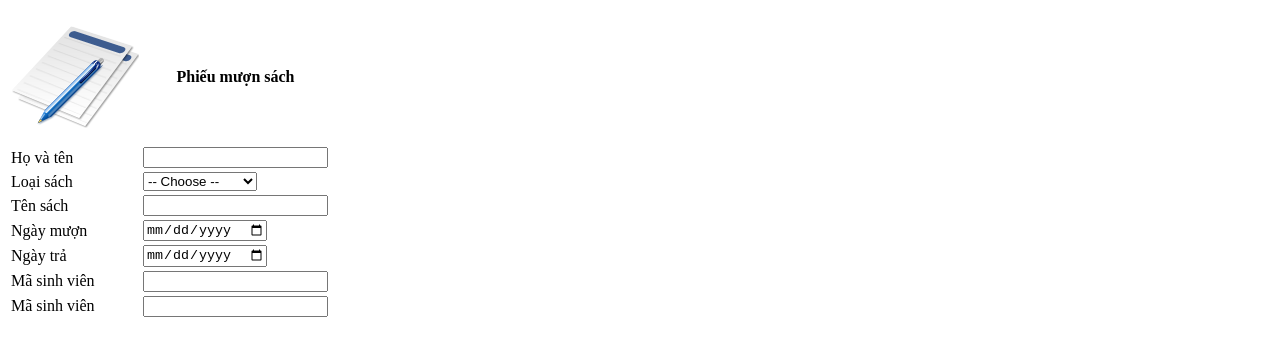
Repository: AnhDuc0125/HTML-Aptech
Page: bt2092-b2/index.html
The author's editor kept a copy of each file at every save. The page is drawn from the files as they stood at one save, then again after the next save.
The browser window is 1280 px wide. The pictures show the whole page.

Above is the page before, as saved 2021-12-03 20:34:15.

### bt2092-b2/index.html
<!DOCTYPE html>
<html lang="en">
<head>
    <meta charset="UTF-8">
    <meta http-equiv="X-UA-Compatible" content="IE=edge">
    <meta name="viewport" content="width=device-width, initial-scale=1.0">
    <title>Document</title>
</head>
<body>
        <table>
            <thead>
                <tr>
                    <th><img src="./photos/regis.png" alt=""></th>
                    <th>Phiếu mượn sách</th>
                </tr>
            </thead>
            <tbody>
                <tr>
                    <td><label for="hoten">Họ và tên</label></td>
                    <td><input type="text"></td>
                </tr>
                <tr>
                    <td><label for="sach">Loại sách</label></td>
                    <td><select name="sach" id="book_id">
                        <option value="">-- Choose --</option>
                        <option value="1">Trinh thám</option>
                        <option value="2">Công nghệ</option>
                        <option value="3">Sách giáo khoa</option>
                    </select></td>
                </tr>
                <tr>
                    <td><label for="tensach">Tên sách</label></td>
                    <td><input type="text"></td>
                </tr>
                <tr>
                    <td><label for="date">Ngày mượn</label></td>
                    <td><input type="date"></td>
                </tr>
                <tr>
                    <td><label for="date1">Ngày trả</label></td>
                    <td><input type="date"></td>
                </tr>
                <tr>
                    <td><label for="msv">Mã sinh viên</label></td>
                    <td><input type="number"></td>
                </tr>
                <tr>
                    <td><label for="msv">Mã sinh viên</label></td>
                    <td><input type="number"></td>
                </tr>
            </tbody>
        </table>
</body>
</html>

After the next save:
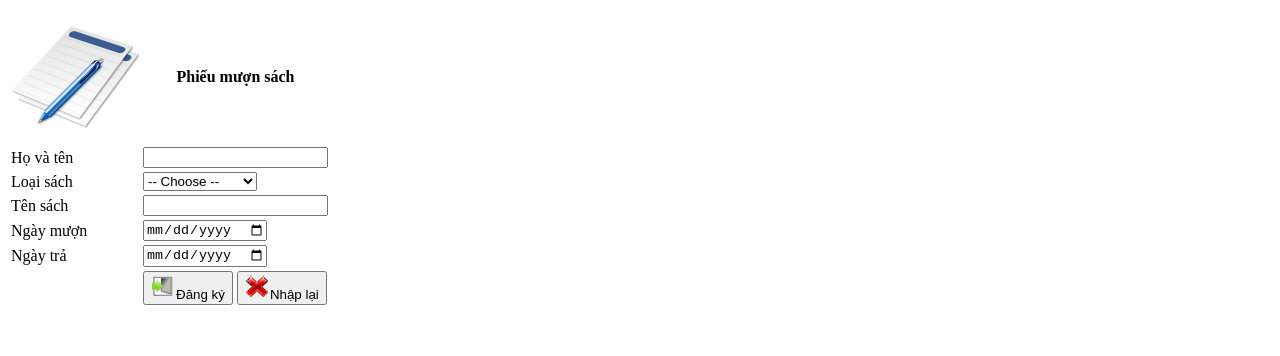
Saved 82 s later.
--- a/bt2092-b2/index.html
+++ b/bt2092-b2/index.html
@@ -41,13 +41,13 @@
                     <td><input type="date"></td>
                 </tr>
                 <tr>
-                    <td><label for="msv">Mã sinh viên</label></td>
-                    <td><input type="number"></td>
+                    <td></td>
+                    <td>
+                        <button><img src="./photos/log_in.png" alt="log_in">Đăng ký</button>
+                        <button type="reset"><img src="./photos/cancel.png" alt="cancel">Nhập lại</button>
+                    </td>
                 </tr>
-                <tr>
-                    <td><label for="msv">Mã sinh viên</label></td>
-                    <td><input type="number"></td>
-                </tr>
+
             </tbody>
         </table>
 </body>
